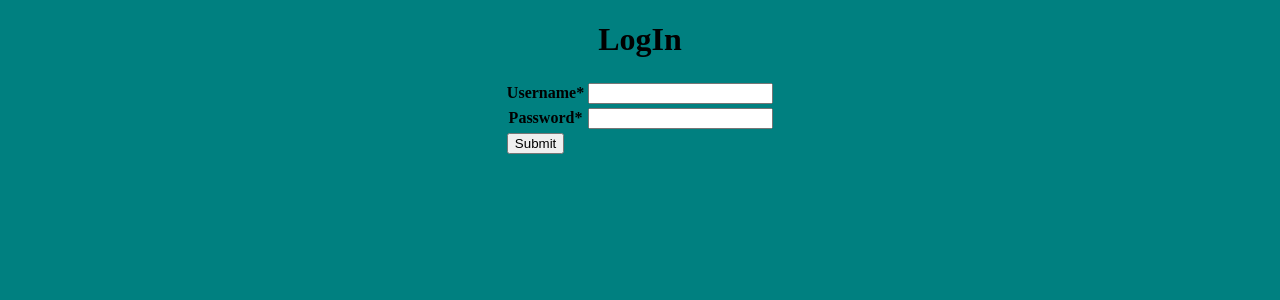
Repository: raviraj226/AdvanceJava
Page: http://localhost/Ravi_Maven/LoginWeb.jsp
An editor plug-in stored every save of this project. The page is shown before and after the next save, followed by the edit.
The browser window is 1280 px wide. The pictures show the whole page.
The page is served by Tomcat 9.

Above is the page before, as saved 2022-03-15 10:40:33.

After the next save:
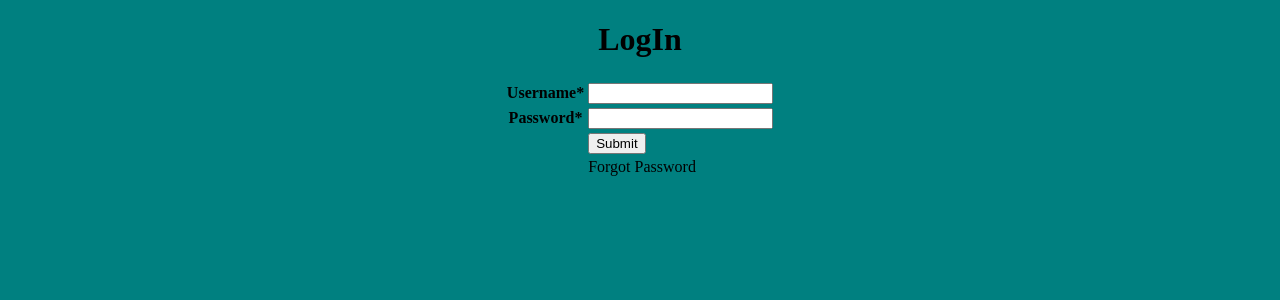
Saved 63 s later.
--- a/Advance Java/Ravi_Maven/src/main/webapp/LoginWeb.jsp
+++ b/Advance Java/Ravi_Maven/src/main/webapp/LoginWeb.jsp
@@ -27,11 +27,12 @@
 			<td><input type="password" name="pwd"></td>
 			</tr>
 			<tr>
-
+				<th></th>
 				<td><input type="Submit" name="op" value="Submit"></input></td>
 			</tr>
 			<tr>
-			<td> </td>
+			<th></th>
+			<td>Forgot Password </td>
 			</tr>
 		</table>
 	</form>
